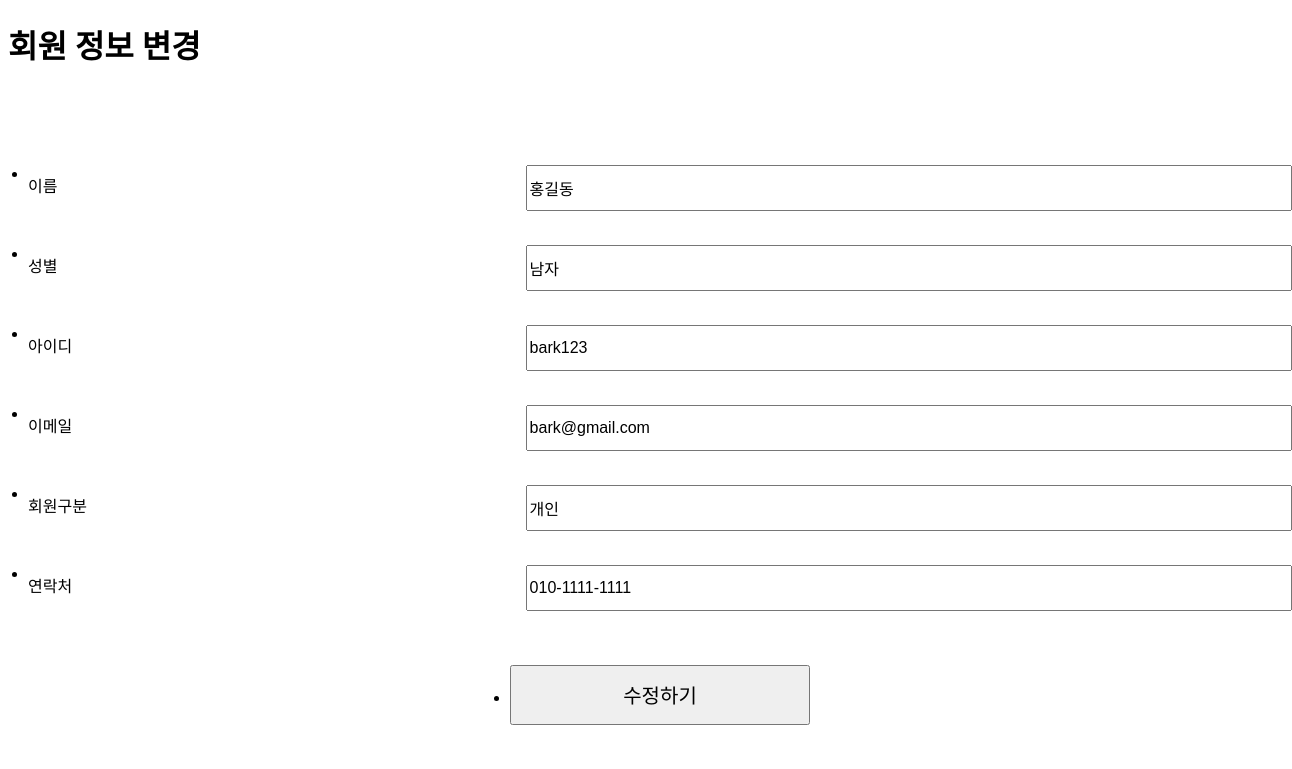
Repository: jngwk/Project-Bark
Page: http://localhost/Bark/include/userEditProfileFrm.jsp
An editor plug-in stored every save of this project. The page is shown before and after the next save, followed by the edit.
The browser window is 1280 px wide. The page is 1292 px wide, so the pictures cover 1292 px, including what lies to the right of the window. The pictures show the whole page.
The page is served by Tomcat 9. Other server files are loaded and not shown.

Above is the page before, as saved 2024-03-31 05:52:22.

### java_workspace/Bark/src/main/webapp/include/userEditProfileFrm.jsp
<%@ page language="java" contentType="text/html; charset=UTF-8"
    pageEncoding="UTF-8"%>
<%@ taglib prefix="c" uri="http://java.sun.com/jsp/jstl/core" %>
<!DOCTYPE html>
<html>
<head>
<meta charset="UTF-8">
<title>header</title>
<c:set var="contextPath" value="${pageContext.request.contextPath }"/>
<link rel="stylesheet" href="${contextPath }/css/userEditProfileFrm.css"/>
</head>
<!--  이름 성별 아이디 이메일 회원구분 연락처 연락처2-->
<body>
<div class="container">
	<h1 id="info_header">회원 정보 변경</h1>
	<form class = "main_info" action="./userEditProfileProc.jsp" method="post">
		<ul class = "info-list">
			<li class="form-element">
			<span class="label-text">이름</span>
			<input class="profile-info readonly" type="text" data-text-content="true"
			value="홍길동" readonly>
			</li>

			<li class="form-element">
			<span class="label-text">성별</span>
			<input class="profile-info readonly" type="text" data-text-content="true"
			value="남자" readonly>
			</li>

			<li class="form-element">
			<span class="label-text">아이디</span>
			<input class="profile-info readonly" type="text" data-text-content="true"
			value="bark123" readonly>
			</li>

			<li class="form-element">
			<span class="label-text">이메일</span>
			<input class="profile-info" type="text" data-text-content="true"
			value="bark@gmail.com" >
			</li>

			<li class="form-element">
			<span class="label-text">회원구분</span>
			<input class="profile-info readonly" type="text" data-text-content="true"
			value="개인" readonly>
			</li>

			<li class="form-element">
			<span class="label-text">연락처</span>
			<input class="profile-info" type="text" data-text-content="true"
			value="010-1111-1111" >
			</li>
			<li class="edit-btn-area">
			<button type="submit" class="edit-btn btn"><span>수정하기</span></button>
			</li>
		</ul>
	</form>
</div>
</body>
</html>

### java_workspace/Bark/src/main/webapp/css/userEditProfileFrm.css
@charset "UTF-8";
.main_info {
    min-width:500px;
    display: flex;
    flex-direction: column;
    justify-content: center;
    align-items: center;
}
h1{
	padding-bottom: 60px;
}
.info-list {
    display: flex;
    flex-direction: column;
    justify-content: center;
    align-items: center;
    width: 100%;
}
.label-text {
	position: relative;
    width: 80px; /* 고정 너비 설정 */
    font-size: 16px !important;
    float: left;
    left: 0;
    padding-top: 8px;

}
.profile-info{
	position: relative;
	height: 40px;
	width: 60%;
	line-height: 35px;
	right: 0;
}
.form-element{
	height: 40px;
	padding-bottom: 40px;
	width: 100%;
	align-items: center;
}
.form-element input{
	float:right;
	font-size: 16px;
}
.main_info .edit-btn-area{
	text-align: center;
	padding: 20px 0;
}
.main_info .edit-btn{
	height: 60px;
	width: 300px;
	font-size: 20px;
}

After the next save:
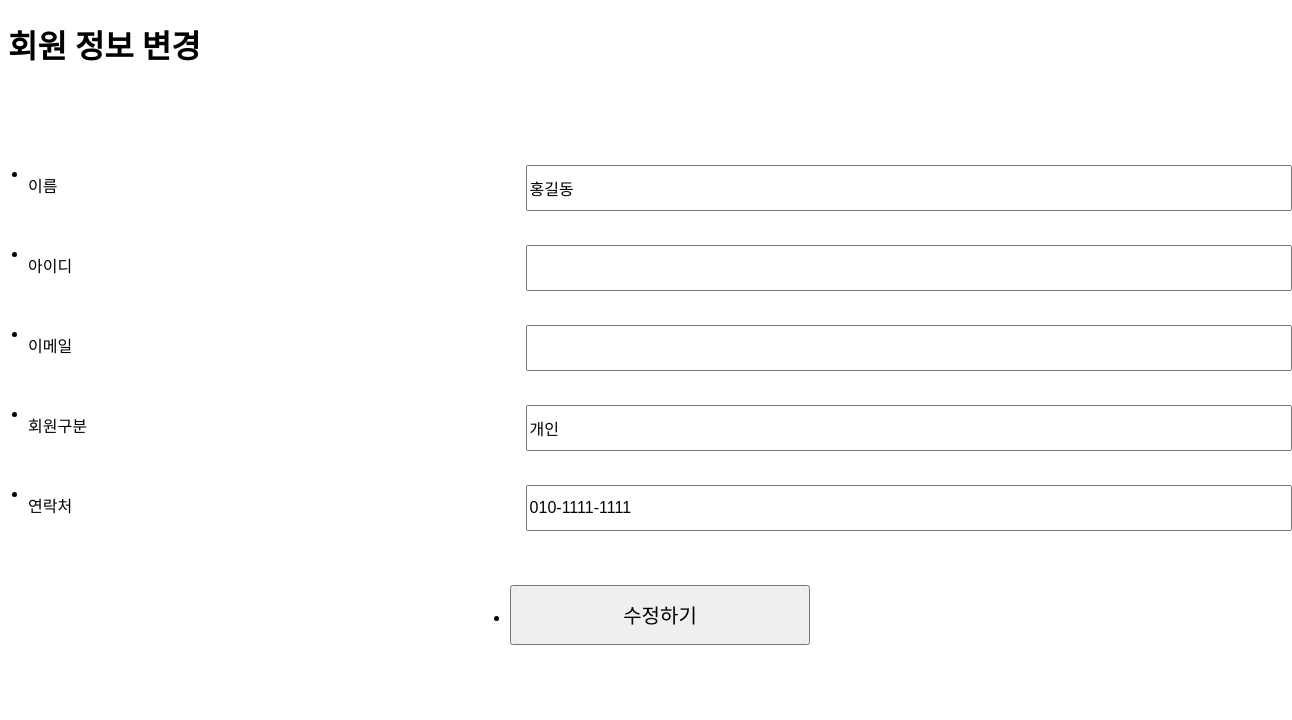
Saved 4 min 33 s later.
--- a/java_workspace/Bark/src/main/webapp/include/userEditProfileFrm.jsp
+++ b/java_workspace/Bark/src/main/webapp/include/userEditProfileFrm.jsp
@@ -22,21 +22,15 @@
 			</li>
 
 			<li class="form-element">
-			<span class="label-text">성별</span>
-			<input class="profile-info readonly" type="text" data-text-content="true"
-			value="남자" readonly>
-			</li>
-
-			<li class="form-element">
 			<span class="label-text">아이디</span>
 			<input class="profile-info readonly" type="text" data-text-content="true"
-			value="bark123" readonly>
+			value="${sessionScope.user.id }" readonly>
 			</li>
 
 			<li class="form-element">
 			<span class="label-text">이메일</span>
 			<input class="profile-info" type="text" data-text-content="true"
-			value="bark@gmail.com" >
+			value="${sessionScope.user.email }" >
 			</li>
 
 			<li class="form-element">
